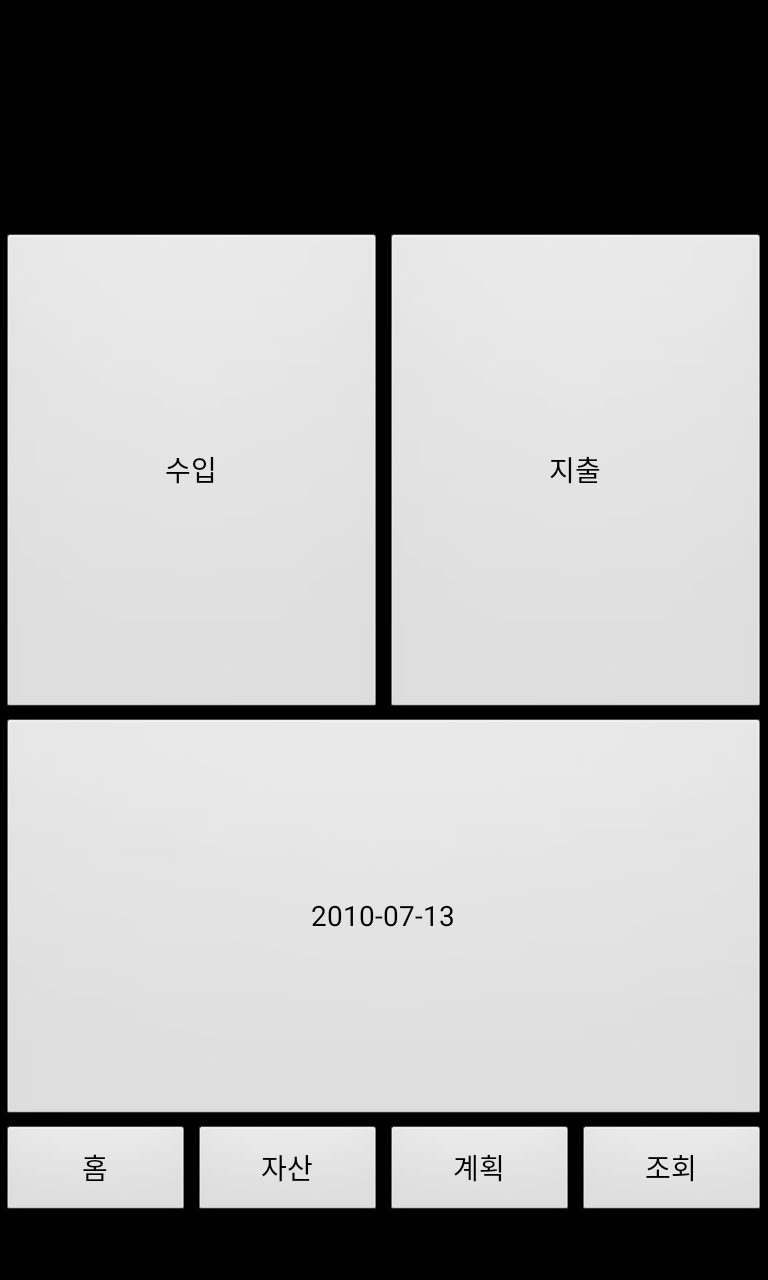
Repository: limjunghoon/fmfinance
Layout: trunk/Sample/Test/FmFinanceLayout/res/layout/main.xml
The author's editor kept a copy of each file at every save. The layout is drawn from the files as they stood at one save, then again after the next save.
It is drawn on a 768 x 1280 px phone screen (xhdpi) without system bars, with theme android:Theme; the app's code is not run.

Above is the layout before, as saved 2010-07-13 08:22:54.

### trunk/Sample/Test/FmFinanceLayout/res/layout/main.xml
<?xml version="1.0" encoding="utf-8"?>
<LinearLayout xmlns:android="http://schemas.android.com/apk/res/android"
    android:orientation="vertical"
    android:layout_width="fill_parent"
    android:layout_height="fill_parent"
    >

<LinearLayout android:id="@+id/LinearLayoutMainPosition" android:layout_width="fill_parent" android:layout_weight="1" android:layout_height="wrap_content">


</LinearLayout>
<LinearLayout android:id="@+id/LinearLayoutIncomeExpensRate" android:layout_width="fill_parent" android:layout_weight="2" android:layout_height="wrap_content"></LinearLayout>
<LinearLayout android:id="@+id/LinearLayoutIncomeExpensBtn" android:layout_weight="5" android:layout_width="fill_parent" android:layout_height="wrap_content"><Button android:id="@+id/Button01" android:layout_height="fill_parent" android:layout_width="wrap_content" android:text="수입" android:layout_weight="1"></Button>
<Button android:id="@+id/Button02" android:layout_height="match_parent" android:layout_width="wrap_content" android:text="지출" android:layout_weight="1"></Button>
</LinearLayout>
<LinearLayout android:id="@+id/LinearLayoutTodayInfo" android:layout_width="fill_parent" android:layout_weight="4" android:layout_height="wrap_content" android:orientation="vertical"><Button android:id="@+id/Button03" android:text="2010-07-13" android:layout_weight="1" android:layout_width="fill_parent" android:layout_height="wrap_content"></Button>




</LinearLayout>
<LinearLayout android:id="@+id/LinearLayoutMainMenu" android:layout_width="fill_parent" android:layout_weight="2"><Button android:id="@+id/Button04" android:layout_weight="1" android:text="홈" android:layout_height="wrap_content"></Button>
<Button android:id="@+id/Button05" android:layout_height="wrap_content" android:layout_weight="1" android:text="자산"></Button>
<Button android:id="@+id/Button06" android:layout_height="wrap_content" android:text="계획" android:layout_weight="1"></Button>
<Button android:id="@+id/Button07" android:layout_height="wrap_content" android:text="조회" android:layout_weight="1"></Button>
</LinearLayout>
</LinearLayout>

After the next save:
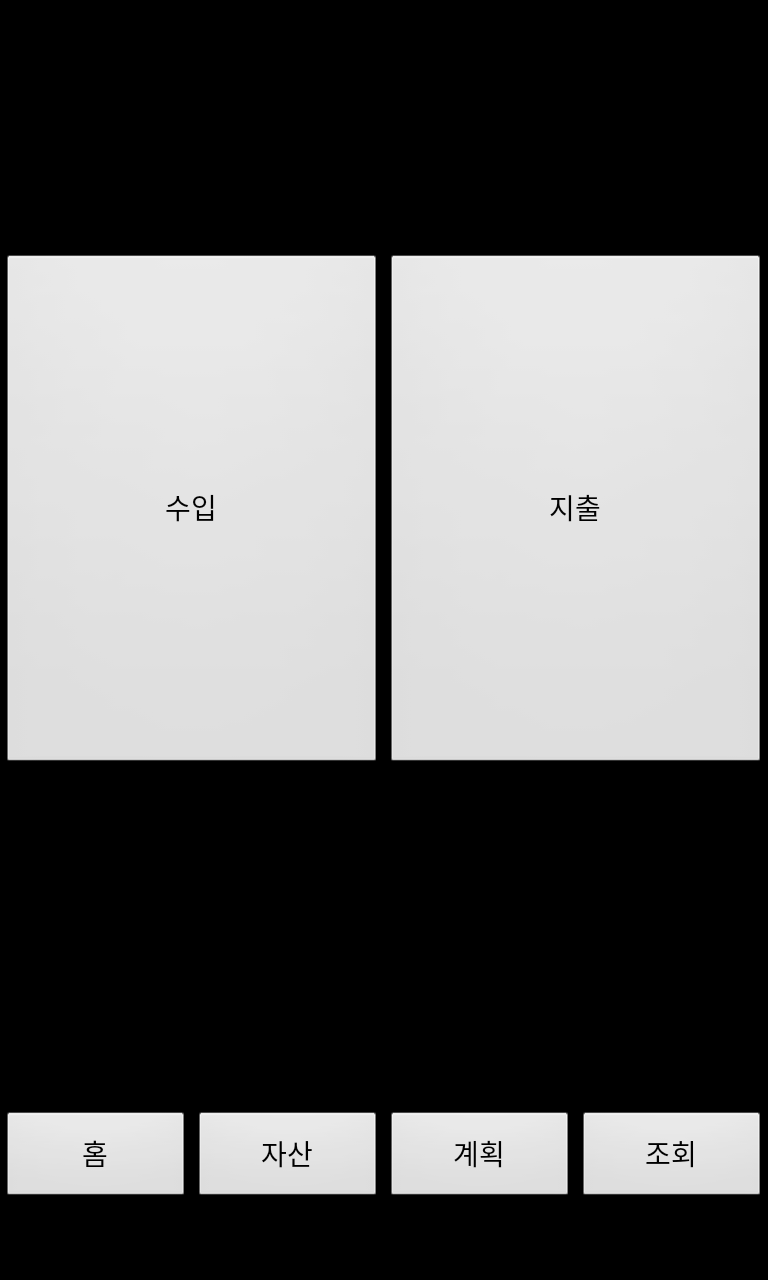
Saved 3 min 26 s later.
--- a/trunk/Sample/Test/FmFinanceLayout/res/layout/main.xml
+++ b/trunk/Sample/Test/FmFinanceLayout/res/layout/main.xml
@@ -13,7 +13,7 @@
 <LinearLayout android:id="@+id/LinearLayoutIncomeExpensBtn" android:layout_weight="5" android:layout_width="fill_parent" android:layout_height="wrap_content"><Button android:id="@+id/Button01" android:layout_height="fill_parent" android:layout_width="wrap_content" android:text="수입" android:layout_weight="1"></Button>
 <Button android:id="@+id/Button02" android:layout_height="match_parent" android:layout_width="wrap_content" android:text="지출" android:layout_weight="1"></Button>
 </LinearLayout>
-<LinearLayout android:id="@+id/LinearLayoutTodayInfo" android:layout_width="fill_parent" android:layout_weight="4" android:layout_height="wrap_content" android:orientation="vertical"><Button android:id="@+id/Button03" android:text="2010-07-13" android:layout_weight="1" android:layout_width="fill_parent" android:layout_height="wrap_content"></Button>
+<LinearLayout android:id="@+id/LinearLayoutTodayInfo" android:layout_width="fill_parent" android:layout_weight="4" android:layout_height="wrap_content" android:orientation="vertical">
 
 
 
